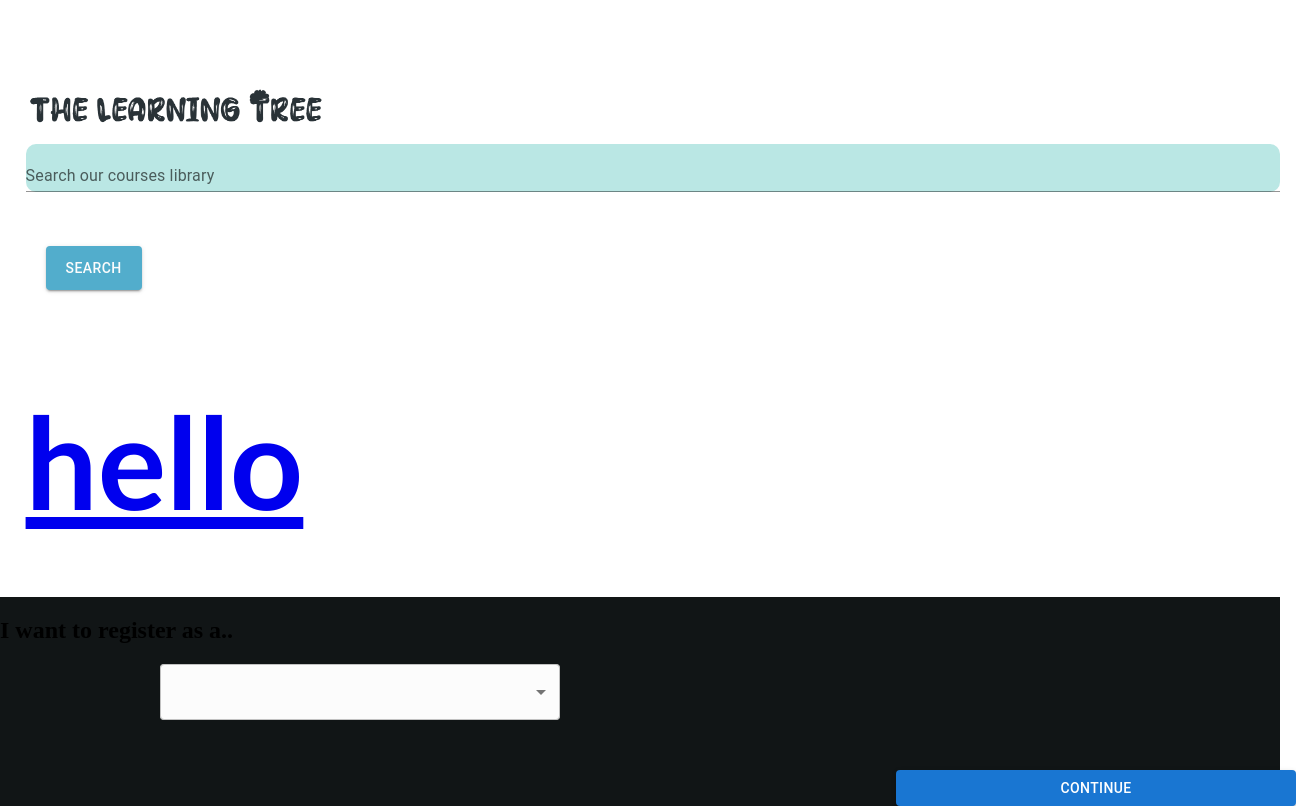
Repository: alafty/ACML-Project
Page: /register (app in frontend/)
An editor plug-in stored every save of this project. The page is shown before and after the next save, followed by the edit.
The browser window is 1280 px wide. The page is 1296 px wide, so the pictures cover 1296 px, including what lies to the right of the window. The pictures show the whole page.
The project was rebuilt for these pictures with package versions that can differ from the ones it lists, and the page was loaded fresh each time. Also part of the build but not shown: frontend/src/utils/authUtils.ts, frontend/src/app/UsersServices.ts, frontend/src/pages/Login/Login.tsx, frontend/src/pages/Login/ForgotPassword.tsx, frontend/src/pages/Login/ResetPassword.tsx, frontend/src/components/searchAppBar.tsx, frontend/src/components/courseCard.tsx, frontend/src/components/coursesSector.tsx and 16 more. Imported but missing from the stored project, and not drawn on this page: frontend/src/pages/Course/CourseDetails, frontend/src/pages/Legal/Legal, frontend/src/reportWebVitals.

Above is the page before, as saved 2023-01-02 12:18:27.

### frontend/src/index.js
import React from 'react';
import { createRoot } from 'react-dom/client';
import { Provider } from 'react-redux';
import { store } from './app/store';
import App from './App';
import reportWebVitals from './reportWebVitals';

const container = document.getElementById('root');
const root = createRoot(container);

root.render(
  <React.StrictMode>
    <Provider store={store}>
      <App />
    </Provider>
  </React.StrictMode>
);

// If you want to start measuring performance in your app, pass a function
// to log results (for example: reportWebVitals(console.log))
// or send to an analytics endpoint. Learn more: https://bit.ly/CRA-vitals
reportWebVitals();

### frontend/src/App.tsx
import React from "react";
import { BrowserRouter as Router, Routes, Route } from "react-router-dom";
import Register from "./pages/Register/Register";
import Login from "./pages/Login/Login";
import ForgotPassword  from './pages/Login/ForgotPassword'
import ResetPassword  from './pages/Login/ResetPassword'

import Landing from "./pages/Landing";
import IndividualTrainee from "./pages/Register/IndividualTraineeRegister";
import InstructorRegister from "./pages/Register/InstructorRegister";
import CorporateTrainee from "./pages/Register/CorporateTraineeRegister";
import CreateQuiz from "./pages/Instructor/CreateQuiz";
import InstructorDetails from "./pages/Instructor/InstructorDetails";
import Home from "./pages/Home";
import Legal from "./pages/Legal/Legal";
import LegalInstructor from "./pages/Legal/LegalInstructor";
import CourseDetails from "./pages/Course/CourseDetails";
import Rate from "./pages/Rate";
import SubtitleDetail from "./pages/Course/SubtitleDetail";
import SolveSolveEx from './pages/Course/SolveSolveEx';
import SearchedCourses from "./pages/Course/searchedCourses";

const defaultGlobalState = {
  loggedInUser: { user: String, instructor: String },
};

const globalStateContext = React.createContext(defaultGlobalState);
const dispatchStateContext = React.createContext(undefined);

const GlobalStateProvider = ({ children }) => {
  const [state, dispatch] = React.useReducer(
    (state, newValue) => ({ ...state, ...newValue }),
    defaultGlobalState
  );
  return (
    <globalStateContext.Provider value={state}>
      <dispatchStateContext.Provider value={dispatch}>
        {children}
      </dispatchStateContext.Provider>
    </globalStateContext.Provider>
  );
};

export const useGlobalState = () => [
  React.useContext(globalStateContext),
  React.useContext(dispatchStateContext),
];




function app() {

  return (
    <GlobalStateProvider>
      <Router>
        <div>
          <Routes>
            <Route path='/' element={<Landing/>} />
            <Route path="/" element={<Landing />} />
            <Route path="/register" element={<Register />} />
            <Route path="/login" element={<Login />} />
            <Route path='/rate' element={<Rate/>} />
            <Route
              path="/indivTraineeRegister"
              element={<IndividualTrainee />}
            />
            <Route
              path="/instructorRegister"
              element={<InstructorRegister />}
            />
            <Route path="/corpTraineeRegister" element={<CorporateTrainee />} />
            <Route path="/home" element={<Home />} />
            <Route path="/instructorHome" element={<InstructorDetails />} />

            <Route path="/createquiz" element={<CreateQuiz />} />
            <Route path="/course=:id" element={<CourseDetails />} />
            <Route path='/instructorHome' element={<InstructorDetails/>} />
            <Route path='/legal' element= {<Legal/>} />
            <Route path='/legalinstructor' element= {<LegalInstructor/>} />
            <Route path='/course=:id/sub=:subId' element={<SubtitleDetail />} />
            <Route path="/forgot-password" element={<ForgotPassword />} />
			      <Route path="/password-reset/:id/:token" element={<ResetPassword />} />
            <Route path='/getQuiz' element={<SolveSolveEx QuizID= {2}/>} />
            <Route path="/searchResults" element={<SearchedCourses />} />




          </Routes>
        </div>
      </Router>
    </GlobalStateProvider>

  )
}

export default app;

### frontend/src/pages/Register/Register.tsx
import React from 'react'
import Header from '../../components/header'
import '../../Styling/mainLayout.css'
import MenuItem from '@mui/material/MenuItem';
import Select, { SelectChangeEvent } from '@mui/material/Select';
import { Button } from '@mui/material';
import { Link } from 'react-router-dom';
function Register() {
  const [type, setType] = React.useState("");

  const handleChange = (event: SelectChangeEvent) => {
    setType(event.target.value as string);
  };


  return (
    <div className="container">
      <Header />
      <div className="body">
        <h2 className="title"> I want to register as a..</h2>
        <Select
          className="selector"
          value={type}
          label="Age"
          onChange={handleChange}
        >
          <MenuItem value={"/corpTraineeRegister"}>Corporate Trainee</MenuItem>
          <MenuItem value={"/indivTraineeRegister"}>
            Individual Trainee
          </MenuItem>
          <MenuItem value={"/instructorRegister"}>Instructor</MenuItem>
        </Select>
        <Link to={type} style={{ textDecoration: "none" }}>
          <Button
            variant="contained"
            id="filled-button"
            style={{ width: "400px", marginTop: "50px", marginLeft: "70vw" }}
          >
            {" "}
            Continue{" "}
          </Button>
        </Link>
      </div>

    </div>
  );
}

export default Register;

### frontend/src/components/header.tsx
import React from 'react'
import {FaSignInAlt} from 'react-icons/fa'
import { Link } from 'react-router-dom'
import { TextField } from '@mui/material'
import {Button} from '@mui/material'
import '../Styling/mainLayout.css'
import Services from '../app/CoursesServices'
import { useState } from 'react'

const Header = ()=> {
  const [searchResults,setsearchResults] = useState('');
  const handleChange = event => {

    const courses = Services.searchCourseBySubject(event.target.value);
   //console.log(courses);
  };
  const { search } = window.location;
  const query = new URLSearchParams(search).get('searchTerm');
  //const value = (document.getElementById('searchTerm') as HTMLInputElement).value
  const onClick =()=>{
    const value = (document.getElementById('searchTerm') as HTMLInputElement).value

    console.log(value)
    Services.searchCourseBySubject(value)
    //console.log(localStorage.getItem("SearchResults"))
    const array = localStorage.getItem("SearchResults")
    setsearchResults(array);
    console.log(searchResults)

  }


  return (
    <div className= "landing-header">
      <Link to={'/'}>
        <div className='logo'/>
      </Link>
      <div className='search-tab'>
        <TextField label="Search our courses library" variant="standard" className='search-bar' id='searchTerm' name="searchTerm" onChange={handleChange} />
        <Link to={'/searchResults'}>
        <Button variant="contained" id='button-search' onClick={onClick}> Search </Button>
        <div>
          <h1>hello</h1>
        </div>
        </Link>

      </div>
    </div>

  )
}

export default Header;

### frontend/src/Styling/mainLayout.css

:root {
    --primaryLight: #bae7e4;
    --primary: #4b96a9;
    --secondary: #52adcc;
    --text: #293237;
    --text-dark: #111516;
    --white: #fcfcfc;
}

html, body {
    height: 100%;
    width: 100%;
    margin: 0px;
}

.container {
    display: flex;
    flex-direction: column;
}

.logo {
    background-image: url('../assets/Logo.png');
    background-size: cover;
    width: 300px;
    height: 80px;
}

.search-bar {
    width: 100%;
    background-color: var(--primaryLight);
    border-radius: 10px;
}

.selector {
    width: 400px;
    margin-left: 160px;
    background-color: var(--white);
}

#button-search {
    margin-left: 20px;
    padding: 10px;
    padding-inline: 20px;
    color: var(--white);
    background-color: var(--secondary);
}
.landing-header {
    font-family:'Gill Sans', 'Gill Sans MT', Calibri, 'Trebuchet MS', sans-serif;
    font-size: 64px;
    padding-left: 2%;
    padding-top: 5%;
    color: var(--white);
    margin-bottom: -2%;
}

.course-details-body {
    min-height: 150vh;
    background-color: var(--text-dark);
}

.course-details-card {
    margin: 20px;
    border-radius: 20px;
    background-color: var(--text);
}


.course-details-title {
    font-family:'Gill Sans', 'Gill Sans MT', Calibri, 'Trebuchet MS', sans-serif;
    font-size: 48px;
    padding-top: 20px;
    padding-left: 20px;
    margin-bottom: -5px;
    color: var(--white);
}

.course-details-description {
    font-family:'Gill Sans', 'Gill Sans MT', Calibri, 'Trebuchet MS', sans-serif;
    font-weight: 100;
    font-size: 18px;
    padding-inline: 20px;
    color: var(--white);
}

.course-details-rating {
    font-family:'Gill Sans', 'Gill Sans MT', Calibri, 'Trebuchet MS', sans-serif;
    font-weight:600;
    font-size: 24px;
    padding-left: 20px;
    color: var(--secondary);
}

.course-details-rating-count {
    font-family:'Gill Sans', 'Gill Sans MT', Calibri, 'Trebuchet MS', sans-serif;
    font-weight:lighter;
    font-size: 20px;
    padding-left: 20px;
    color: var(--secondary);
}

.course-details-hours {
    font-family:'Gill Sans', 'Gill Sans MT', Calibri, 'Trebuchet MS', sans-serif;
    font-weight:600;
    font-size: 24px;
    padding-left: 20px;
    color: var(--secondary);
    padding-bottom: 20px;
    margin-top: 0px;
}

.course-details-instructor-info{
    margin: 20px;
    width: 28vw;
    border-radius: 20px;
    height: 55vh;
    background-color: var(--text);
}
.course-details-instructor-header{
    font-family:'Gill Sans', 'Gill Sans MT', Calibri, 'Trebuchet MS', sans-serif;
    font-size: 32px;
    font-weight: 600;
    padding-left: 20px;
    margin-top: 0;
    margin-bottom: -5px;
    color: var(--primaryLight);
}
.course-details-instructor-name{
    font-family:'Gill Sans', 'Gill Sans MT', Calibri, 'Trebuchet MS', sans-serif;
    font-size: 38px;
    padding-left: 20px;
    margin-top: -1vh;
    margin-bottom: -5px;
    color: var(--white);
}

.course-details-instructor-bio{
    font-family:'Gill Sans', 'Gill Sans MT', Calibri, 'Trebuchet MS', sans-serif;
    font-weight:100;
    font-size: 18px;
    padding-left: 20px;
    padding-right: 8%;
    color: var(--primaryLight);
}

.course-details-instructor-rating {
    font-family:'Gill Sans', 'Gill Sans MT', Calibri, 'Trebuchet MS', sans-serif;
    font-weight:600;
    font-size: 28px;
    padding-left: 20px;
    margin-top: 0px;
    color: var(--white);
}

.course-details-instructor-publishedcourses {
    font-family:'Gill Sans', 'Gill Sans MT', Calibri, 'Trebuchet MS', sans-serif;
    font-weight:600;
    font-size: 28px;
    padding-left: 20px;
    margin-top: 0px;
    color: var(--white);
}

.course-details-instructor-rating-count {
    font-family:'Times New Roman', Times, serif;
    font-weight:lighter;
    font-size: 20px;
    padding-left: 20px;
    margin-top: 0px;
    color: var(--primaryLight);
}

.course-details-price-body {
    display: flex;
    background-color: var(--white);
    flex-direction: column;
    justify-content: center;
    align-items: center;
    padding-bottom: 13px;
    height: 8.5%;
    margin: 20px;
    border-radius: 20px;
}

.course-details-price {
    font-family:'Gill Sans', 'Gill Sans MT', Calibri, 'Trebuchet MS', sans-serif;
    font-weight: 600;
    font-size: 32px;
    margin-bottom: 0%;
    color: var(--text);
}
.course-details-subtitles-card {
    width: 94%;
    align-self: end;
    margin: 20px;
    margin-bottom: 50px;
    border-radius: 20px;
    padding-bottom: 20px;
    overflow-y: scroll;
    scrollbar-width: none;
    max-height: 600px;
    background-color: var(--text);
}
.course-details-subtitle{
    padding: 20px;
    padding-top: 10px;
    margin-top: 10px;
    margin-Inline: 20px;
    height: 100px;
    border-radius: 20px;
    background-color: var(--secondary);

}
.course-details-subtitle-header{
    font-family: 'Gill Sans', 'Gill Sans MT', Calibri, 'Trebuchet MS', sans-serif;
    font-size: 24px;
    margin-top: 0px;
    font-weight: 600;
    margin-top: 10px;
}

.course-details-subtitle-description{
    font-family:'Times New Roman', Times, serif;
    font-size: 18px;
    font-weight: 400;
    margin-top: 10px;
}
.landing-tree-man{
    height: 600px;
    align-self: center;
    margin-left: 250px;
}
.landing-card {
    display: flex;
    background-color: var(--primary);
    flex-direction: row;
    width: 85vw;
    height: 50vh;
    border-radius: 20px;
    margin-left: 7.5%;
    margin-top: 5%;
    padding: 20px;
}
.landing-progress {
    margin-block: 200px;
}
.register-card {
    background-color: var(--primaryLight);
    flex-direction: 'row';
    width: 60vw;
    height: 80vh;
    border-radius: 20px;
    margin-left: 20%;
    margin-top: 5%;
}

.body {
        background-color: var(--text-dark);
        height: 100%;
        background-size: cover;
}

.landing-subtitle {
    font-family:'Gill Sans', 'Gill Sans MT', Calibri, 'Trebuchet MS', sans-serif;
    font-weight:lighter;
    font-size: 24px;
    padding-left: 2%;
    padding-top: 2%;
    color: var(--white);
}

#big-button-primary {
    padding-inline: 50px;
    padding-block: 10px;
    background-color: var(--secondary);
    margin: 2%;
    font-size: 24px;
    border-radius: 20px;
}

#big-button-primary-outlined {
    padding-inline: 50px;
    padding-block: 10px;
    border-color: var(--secondary);
    color: var(--secondary);
    margin: 20px;
    font-size: 24px;
    border-radius: 20px;
}

#big-button-secondary-outlined {
    padding-inline: 50px;
    padding-block: 10px;
    border-color: var(--text);
    color: var(--text);
    margin: 20px;
    font-size: 24px;
    border-radius: 20px;
}

.form{
    display: flex;
    flex-direction: column;
    justify-content: center;
    align-items: center;
    margin-inline: 5%;
    margin-top: 5%;
}

.legal-border{
    margin: 20px;
    padding: 20px;
    background-color: #ffffff;
    border-radius: 20px;
}

#small-button-primary{
    background-color: var(--primary);
    margin-left: 1%;
    border-radius: 10px;
}

#big-button-secondary{
    padding-inline: 50px;
    padding-block: 10px;
    background-color: var(--text);
    margin: 2%;
    font-size: 24px;
    border-radius: 20px;
}

.courses-panel-bg{
    display: flex;
    flex-direction: row;
    padding: 20px;
    border-radius: 20px;
    background-color: var(--primary);
    width: 75%;
    height: 40%;
    margin-left: 150px;
    box-shadow: rgba(100, 100, 111, 0.2) 0px 7px 29px 0px;

}

.course-sector {
    display: flex;
    flex-direction: row;
    width: 95%;
    overflow-x: scroll;
    scrollbar-width: none;
    margin-top: 50px;
    margin-inline: 30px;
    border-radius: 20px;
    padding: 20px;
    background-color: var(--white);
}

.course-card{
    display: flex;
    flex-direction: column;
    justify-content:space-between;
    padding: 10px;
    border-radius: 20px;
    background-color: var(--text);
    min-width: 400px;
    width: 400px;
    min-height: 560px;
    margin-inline: 20px;
    margin-block: 10px;
    box-shadow: rgba(100, 100, 111, 0.2) 0px 7px 29px 0px;
}

.course-card-title{
    font-weight: 700;
    padding-inline: 10px;
    font-family:'Gill Sans', 'Gill Sans MT', Calibri, 'Trebuchet MS', sans-serif;
    color: var(--white);
    margin-top: 15px;
}

.course-card-description{
    padding-inline: 10px;
    font-weight: lighter;
    max-height: fit-content;
    color: var(--secondary);
}

.course-card-price {
    padding-inline: 10px;
    font-weight: bolder;
    font-family: 'Gill Sans', 'Gill Sans MT', Calibri, 'Trebuchet MS', sans-serif;
    font-size: 32px;
    color: var(--white);
}

### frontend/src/app/CoursesServices.ts
import axios from "axios";
import qs from "qs";
import httpClient from "../utils/httpClient";

const COURSES_URL = "/courses";
export const getAllCourses = async () => {
  const response = await httpClient.get(COURSES_URL);
  console.log(JSON.stringify(response));

  if (response.data) {
    localStorage.setItem("AllCourses", JSON.stringify(response.data));
  } else {
    localStorage.setItem("AllCourses", "Nothing Found");
  }
  return response.data;
};

export const searchCourseBySubject = async (searchTerm: String) => {
  var data = qs.stringify({
    searchTerm: searchTerm,
  });
  var config = {
    method: "post",
    url: `${COURSES_URL}/search`,
    headers: {
      "Content-Type": "application/x-www-form-urlencoded",
    },
    data: data,
  };
  axios(config)
    .then(function (response) {
     // console.log(JSON.stringify(response));

      if (response.data) {
        localStorage.setItem("SearchResults", JSON.stringify(response.data));

      }else {
        localStorage.setItem(
          "SearchResults",
          `No search items found ${searchTerm}`
        );
      }
     // console.log(localStorage.getItem("SearchResults"));
      //return localStorage.getItem("SearchResults");
    })
    .catch(function (error) {
      console.log(error);
    });
    return localStorage.getItem("SearchResults");
};

const getCourseDetails = async (id: string) => {
  var data = qs.stringify({
    id: id,
  });

  const response = await httpClient.post(`${COURSES_URL}/id`, data);

  return response.data;
};
const getCourseQuizzes = async (Course: string) => {
  const Body = {
    CourseID: Course,
  };
  const data: [String] = [""];
  await axios.post("http://localhost:8000/quiz/getCourseQuizzes", Body);
  return data;
};

const updateSubtitle = async (
  courseId: string,
  subId: string,
  options: { videoId?: string; description?: string }
) => {
  var data = qs.stringify({
    id: courseId,
    Subtitle: {
      Id: subId,
      ...(options.videoId ? { VideoId: options.videoId } : {}),
      ...(options.description ? { Description: options.description } : {}),
    },
  });
  var response = await httpClient.put(`${COURSES_URL}/subtitle`, data);

  return response.data;
};

const uploadCourseVideo = async (id: string, videoId: string) => {
  var data = qs.stringify({
    id: id,
    VideoId: videoId,
  });
  var response = await httpClient.put(`${COURSES_URL}/videoId`, data);

  return response.data;
};

const addCourseDiscount = async (
  courseId: string,
  duration: Number,
  percentage: Number
) => {
  var data = qs.stringify({
    id: courseId,
    Discount: {
      Duration: duration,
      Percentage: percentage,
    },
  });

  const response = await httpClient.put(`${COURSES_URL}/discount`, data);
  return response.data;
};

export const rateCourses = async (courseID: String, rating: String) => {
  var data = qs.stringify({
  id: courseID,
  rating: rating
});
  var config = {
  method: 'post',
  url: 'http://localhost:8000/courses/rate',
  headers: {
    'Content-Type': 'application/x-www-form-urlencoded',
    'Cookie': 'userData=j%3A%7B%22Country%22%3A%22Egypt%22%7D'
  },
  data : data
};

  axios(config)
    .then(function (response) {
      console.log(JSON.stringify(response.data));
      if (response.data) {
        localStorage.setItem("rateCourse", JSON.stringify(response.data));
      } else {
        localStorage.setItem("rateCourse", "Nothing Found");
      }
    })
    .catch(function (error) {
      console.log(error);
    });
};

const Services = {
  getAllCourses,
  searchCourseBySubject,
  rateCourses,
  getCourseDetails,
  getCourseQuizzes,
  updateSubtitle,
  uploadCourseVideo,
  addCourseDiscount
};

export default Services;

### frontend/src/utils/httpClient.ts
import axios from "axios";
import { API_BASE_URL } from "../constants/app_config";

export default axios.create({
  baseURL: API_BASE_URL,
  headers: {
    "Content-Type": "application/x-www-form-urlencoded",
  },
  // withCredentials: true,
});

### frontend/src/constants/app_config.ts
const API_PORT = '8000'
const API_BASE_URL = `http://localhost:${API_PORT}`

export {API_BASE_URL}

Loaded but not shown: frontend/public/index.html (common file); frontend/src/app/store.js (common file)

After the next save:
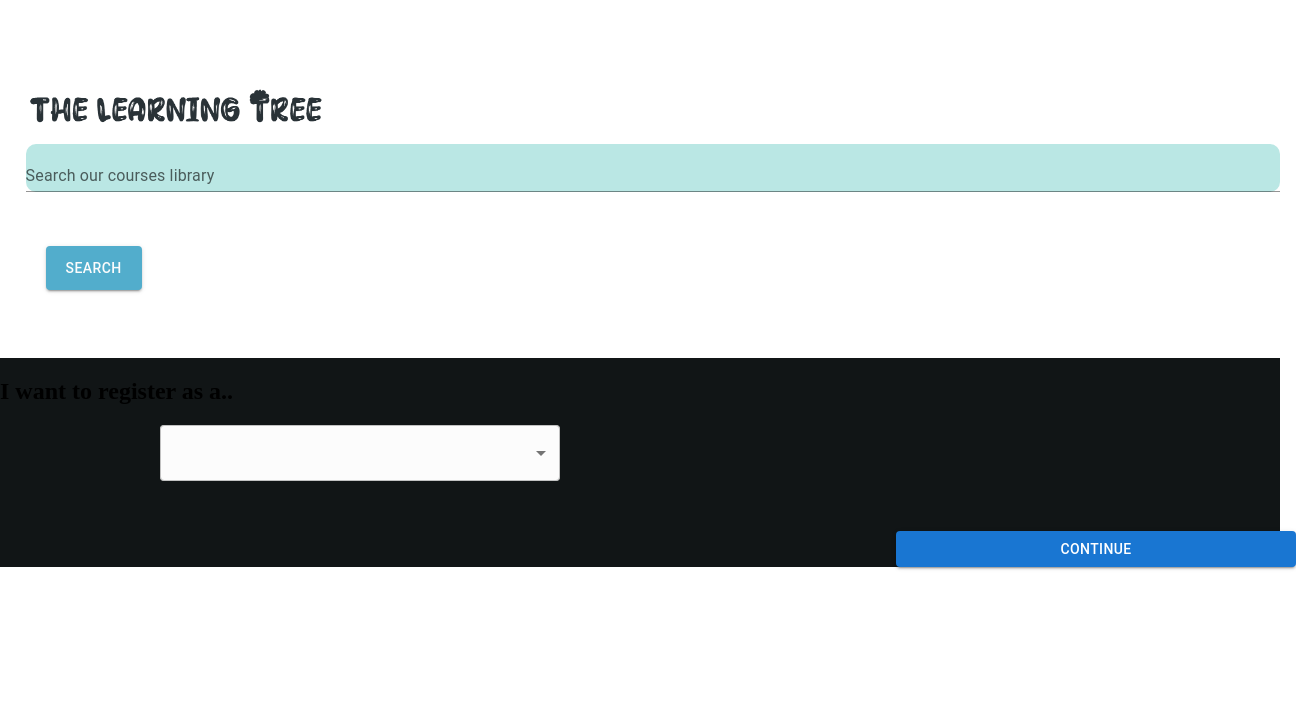
Saved 3 min 22 s later.
--- a/frontend/src/components/header.tsx
+++ b/frontend/src/components/header.tsx
@@ -40,7 +40,7 @@ const Header = ()=> {
         <Link to={'/searchResults'}>
         <Button variant="contained" id='button-search' onClick={onClick}> Search </Button>
         <div>
-          <h1>hello</h1>
+          <h1>{searchResults}</h1>
         </div>
         </Link>
 
